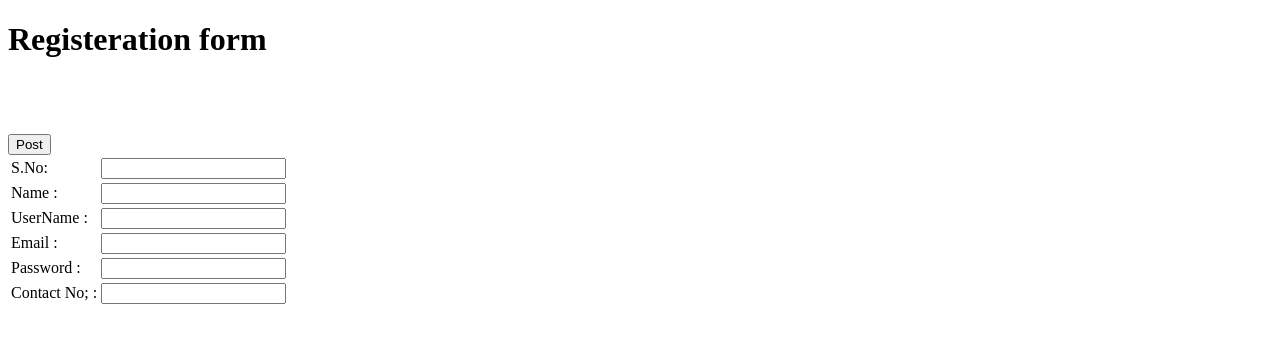
Repository: Vkrishna9135/JSP-2ND-TIME
Page: SERVLETS_FOLDER/Register_Loginvalidation/src/main/webapp/Registeration.html
The author's editor kept a copy of each file at every save. The page is drawn from the files as they stood at one save, then again after the next save.
The browser window is 1280 px wide. The pictures show the whole page.

Above is the page before, as saved 2023-04-11 17:39:48.

After the next save:
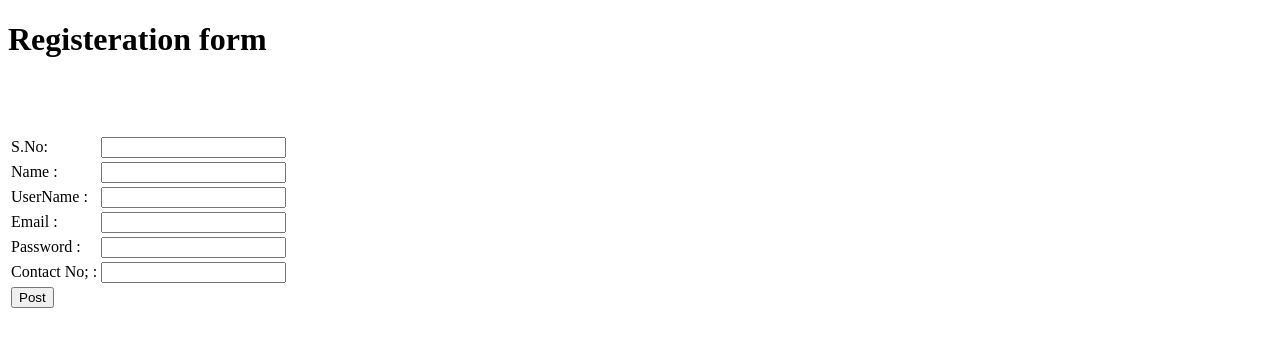
Saved 82 s later.
--- a/SERVLETS_FOLDER/Register_Loginvalidation/src/main/webapp/Registeration.html
+++ b/SERVLETS_FOLDER/Register_Loginvalidation/src/main/webapp/Registeration.html
@@ -37,7 +37,8 @@
                 <td><input type="number" name="cn"></td>
                </tr><br>
 
-               <tr><input type="submit" value="Post"></tr>
+               <tr><td><input type="submit" value="Post"></td>
+               </tr>
 
             </table>
         </form>
